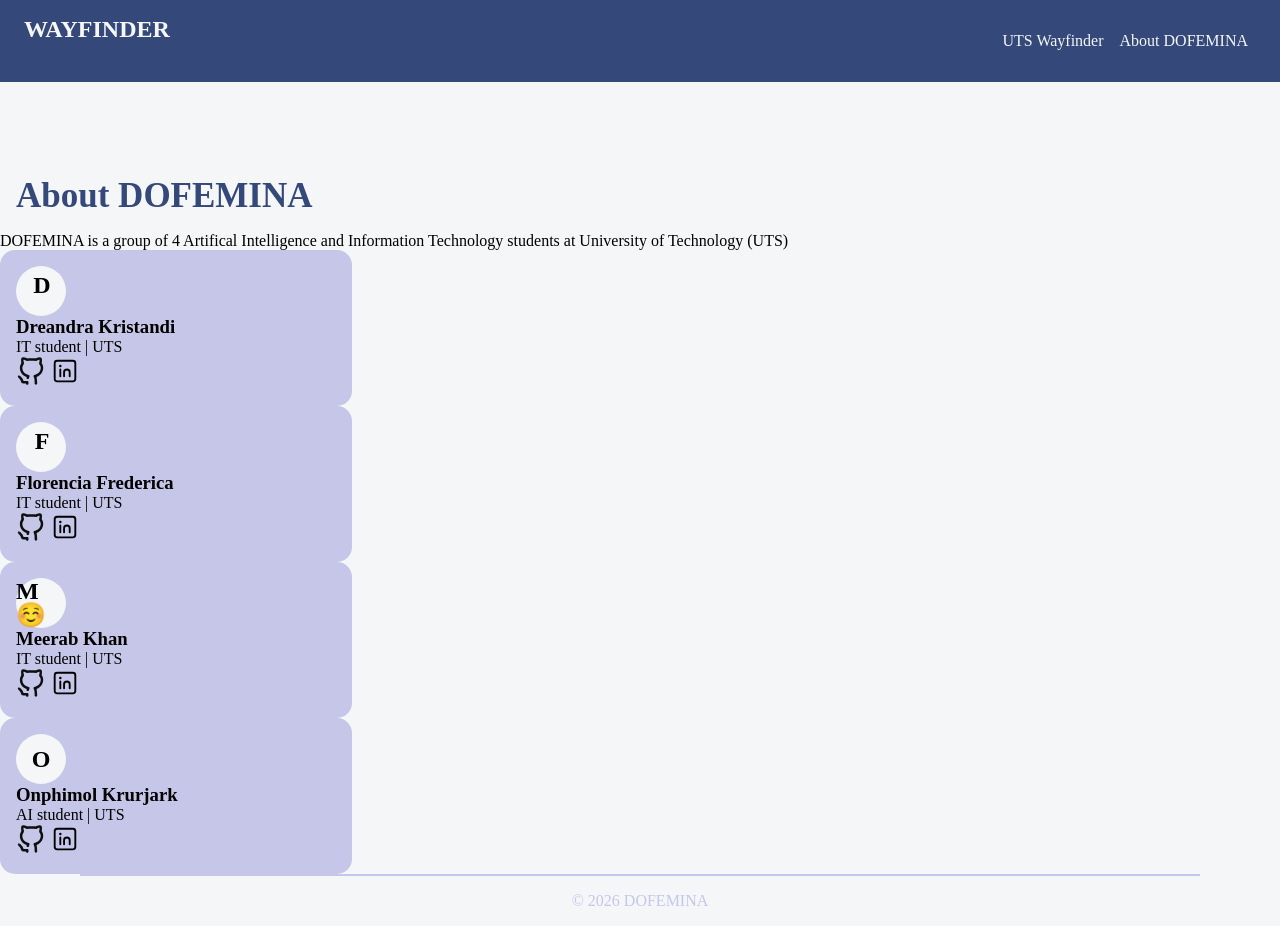
Repository: Meerab-K/uts-wayfinder
Page: html/about.html
The author's editor kept a copy of each file at every save. The page is drawn from the files as they stood at one save, then again after the next save.
The browser window is 1280 px wide. The pictures show the whole page.
Some web fonts or font styles are not loaded; a fallback is used.

Above is the page before, as saved 2026-10-19 20:42:53.

After the next save:
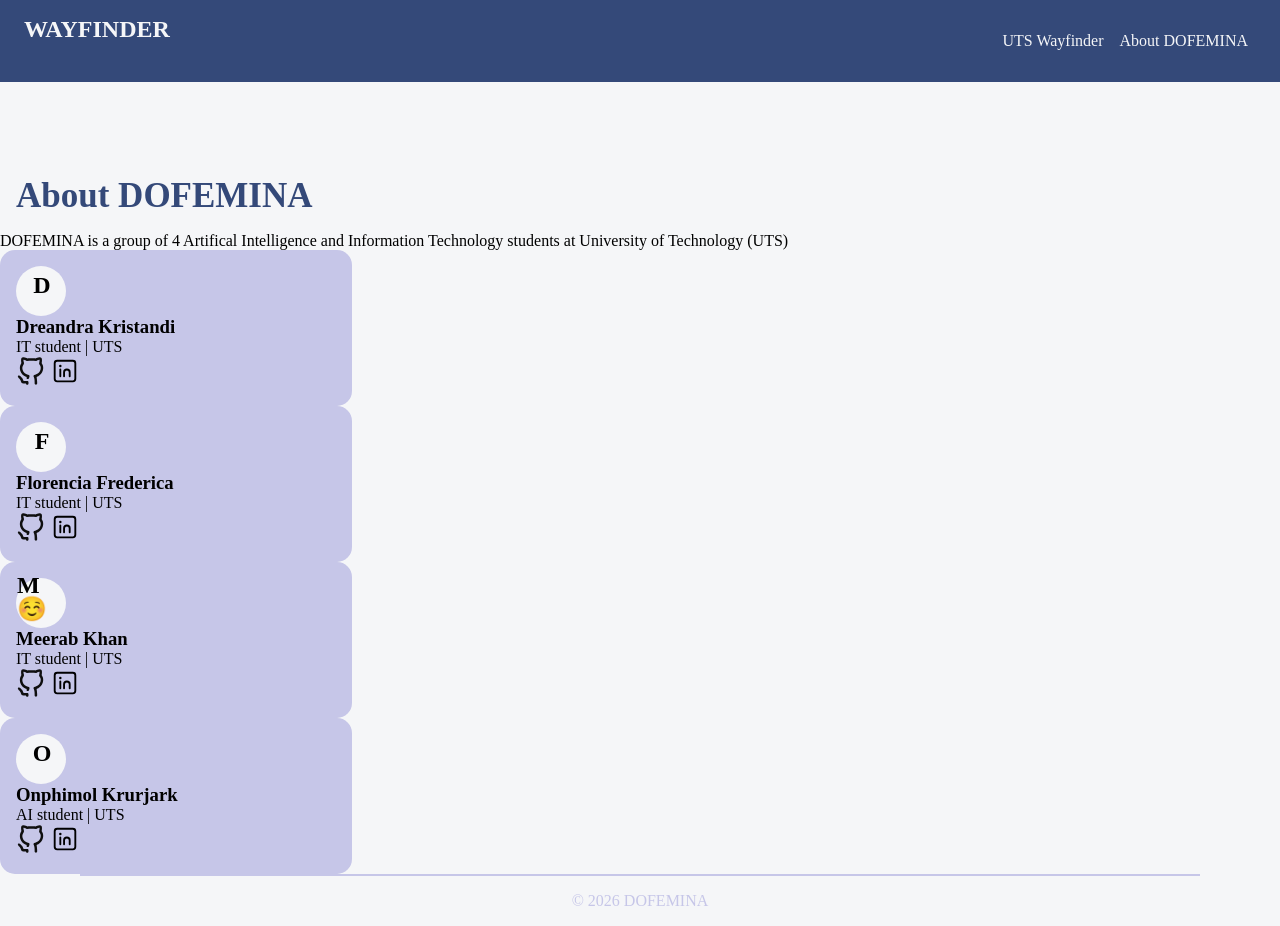
Saved 27 s later.
--- a/html/about.html
+++ b/html/about.html
@@ -50,7 +50,7 @@
             </div>
         </div>
         <div class="card-holder">
-            <div class="profile">M ☺️</div>
+            <div class="profile"><span>M ☺️</span></div>
             <h3 class="name">Meerab Khan</h3>
             <div class="bio">IT student | UTS</div>
             <div class="contact-link">
@@ -59,7 +59,7 @@
             </div>
         </div>
         <div class="card-holder">
-            <div class="profile">O</div>
+            <div class="profile"><span>O</span></div>
             <h3 class="name">Onphimol Krurjark</h3>
             <div class="bio">AI student | UTS</div>
             <div class="contact-link">
